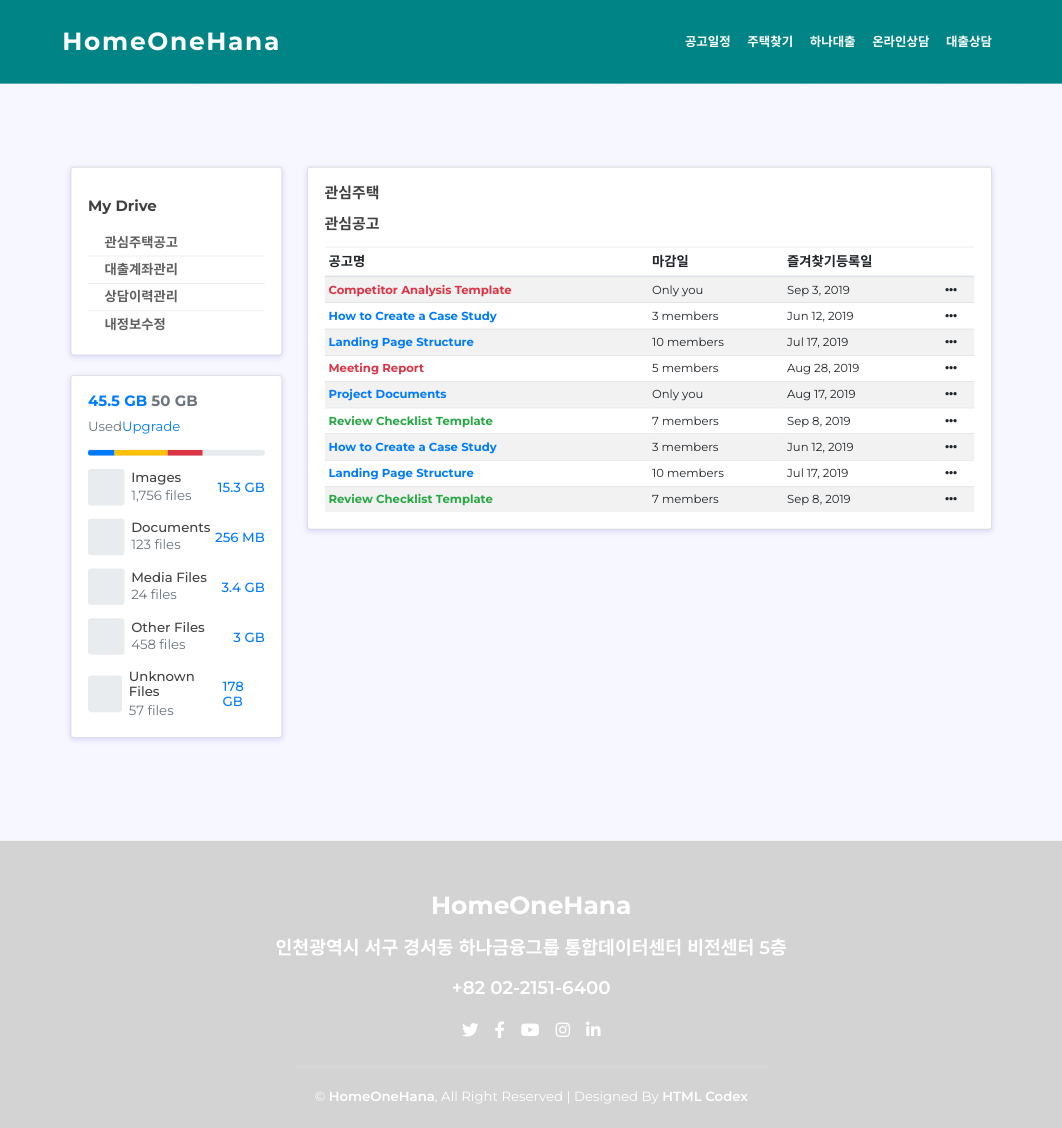
Repository: koposoftware/2021_10_syyoon
Page: http://localhost/HomeOneHana/WEB-INF/jsp/mypage/mypage.jsp
The author's editor kept a copy of each file at every save. The page is drawn from the files as they stood at one save, then again after the next save.
The browser window is 1280 px wide. The pictures show the whole page, at 83% of full size.
Some icons come from a web library that is not loaded, so they are not drawn. Some web libraries are served in a nearby version. The page is served by Tomcat 9. Nobody is signed in. Other server files are loaded and not shown. The template is opened directly, without the code that normally fills it, so the values that code supplies are empty.

Above is the page before, as saved 2021-09-20 08:29:07.

### project/Spring-mvc/HomeOneHana/src/main/webapp/WEB-INF/jsp/mypage/mypage.jsp
<%@ page language="java" contentType="text/html; charset=UTF-8"
    pageEncoding="UTF-8"%>
<%@ taglib prefix="c" uri="http://java.sun.com/jsp/jstl/core" %>
<!DOCTYPE html>
<html>
<head>
<meta charset="UTF-8">
<title>HomeOneHana::마이페이지</title>
<link href="${ pageContext.request.contextPath }/resources/css/top/menubg.css" rel="stylesheet">
<link href="${ pageContext.request.contextPath }/resources/css/mypage/mypage.css" rel="stylesheet">


</head>
<body>
	<header>
		<div class="limiter">
			<div class="container-login100">
				<div class="wrap-login100">
					<jsp:include page="../include/topMenu.jsp" />
				</div>
			</div>
		</div>

	</header>
	<section>
		<div class="body">
		<div class="container">
			<div class="row">
			    <div class="col-12 col-lg-3">
					<div class="card">
						<div class="card-body">

							<h5 class="my-3">My Drive</h5>
							<div class="fm-menu">
								<div class="list-group list-group-flush">
									<a href="javascript:;" class="list-group-item py-1"><i class="bx bx-folder me-2"></i><span>관심주택공고</span></a>
									<a href="javascript:;" class="list-group-item py-1"><i class="bx bx-devices me-2"></i><span>대출계좌관리</span></a>
									<a href="javascript:;" class="list-group-item py-1"><i class="bx bx-analyse me-2"></i><span>상담이력관리</span></a>
									<a href="javascript:;" class="list-group-item py-1"><i class="bx bx-plug me-2"></i><span>내정보수정</span></a>

								</div>
							</div>
						</div>
					</div>
					<div class="card">
						<div class="card-body">
							<h5 class="mb-0 text-primary font-weight-bold">45.5 GB <span class="float-end text-secondary">50 GB</span></h5>
							<p class="mb-0 mt-2"><span class="text-secondary">Used</span><span class="float-end text-primary">Upgrade</span>
							</p>
							<div class="progress mt-3" style="height:7px;">
								<div class="progress-bar" role="progressbar" style="width: 15%" aria-valuenow="15" aria-valuemin="0" aria-valuemax="100"></div>
								<div class="progress-bar bg-warning" role="progressbar" style="width: 30%" aria-valuenow="30" aria-valuemin="0" aria-valuemax="100"></div>
								<div class="progress-bar bg-danger" role="progressbar" style="width: 20%" aria-valuenow="20" aria-valuemin="0" aria-valuemax="100"></div>
							</div>
							<div class="mt-3"></div>
							<div class="d-flex align-items-center">
								<div class="fm-file-box bg-light-primary text-primary"><i class="bx bx-image"></i>
								</div>
								<div class="flex-grow-1 ms-2">
									<h6 class="mb-0">Images</h6>
									<p class="mb-0 text-secondary">1,756 files</p>
								</div>
								<h6 class="text-primary mb-0">15.3 GB</h6>
							</div>
							<div class="d-flex align-items-center mt-3">
								<div class="fm-file-box bg-light-success text-success"><i class="bx bxs-file-doc"></i>
								</div>
								<div class="flex-grow-1 ms-2">
									<h6 class="mb-0">Documents</h6>
									<p class="mb-0 text-secondary">123 files</p>
								</div>
								<h6 class="text-primary mb-0">256 MB</h6>
							</div>
							<div class="d-flex align-items-center mt-3">
								<div class="fm-file-box bg-light-danger text-danger"><i class="bx bx-video"></i>
								</div>
								<div class="flex-grow-1 ms-2">
									<h6 class="mb-0">Media Files</h6>
									<p class="mb-0 text-secondary">24 files</p>
								</div>
								<h6 class="text-primary mb-0">3.4 GB</h6>
							</div>
							<div class="d-flex align-items-center mt-3">
								<div class="fm-file-box bg-light-warning text-warning"><i class="bx bx-image"></i>
								</div>
								<div class="flex-grow-1 ms-2">
									<h6 class="mb-0">Other Files</h6>
									<p class="mb-0 text-secondary">458 files</p>
								</div>
								<h6 class="text-primary mb-0">3 GB</h6>
							</div>
							<div class="d-flex align-items-center mt-3">
								<div class="fm-file-box bg-light-info text-info"><i class="bx bx-image"></i>
								</div>
								<div class="flex-grow-1 ms-2">
									<h6 class="mb-0">Unknown Files</h6>
									<p class="mb-0 text-secondary">57 files</p>
								</div>
								<h6 class="text-primary mb-0">178 GB</h6>
							</div>
						</div>
					</div>
				</div>
				<div class="col-12 col-lg-9">
					<div class="card">
						<div class="card-body">

							<h5>관심주택</h5>
							<div class="row mt-3">
									<c:if test="${not empty favoriteHome }">
									<c:forEach items="${ favoriteHome }" var="home" varStatus="loop">
										<div class="col-12 col-lg-4">
											<div class="card shadow-none border radius-15">
											<div class="card-body">
												<div class="d-flex align-items-center">
													<div class="fm-icon-box radius-15 bg-primary text-white"><i class="lni lni-google-drive"></i>
													</div>
													<div class="ms-auto font-24"><a href="${pageContext.request.contextPath }/search/Detail/${ Home.rnadres }"><i class="fa fa-ellipsis-h"></i></a>
													</div>
												</div>
												<h5 class="mt-3 mb-0">${home.rnadres}</h5>
												<p class="mb-1 mt-4"><span>${home.enrolldt}</span><span>${home.insttnm}</span><span class="float-end">${home.suplytynm}</span>
												</p>
											</div>
										</div>
									</div>

									</c:forEach>
									</c:if>
							</div>

							<!--end row-->
							<div class="d-flex align-items-center">
								<div>
									<h5 class="mb-0">관심공고</h5>
								</div>

							</div>
							<div class="table-responsive mt-3">
								<table class="table table-striped table-hover table-sm mb-0">
									<thead>
										<tr>
											<th>공고명 <i class="bx bx-up-arrow-alt ms-2"></i>
											</th>
											<th>마감일</th>
											<th>즐겨찾기등록일</th>
											<th></th>
										</tr>
									</thead>
									<tbody>
									<c:if test="${not empty favoriteNotice }">
										<c:forEach items="${favoriteNotice }" var="noti" varStatus="loop">
										<tr>
											<td>
												<div class="d-flex align-items-center">
													<div><i class="bx bxs-file-pdf me-2 font-24 text-danger"></i>
													</div>
													<div class="font-weight-bold">${noti.noticetitle }</div>
												</div>
											</td>
											<td>${noti.noticeend }</td>
											<td>${noti.enrolldt }</td>
											<td><i class="fa fa-ellipsis-h font-24"></i>
											</td>
										</tr>
										<tr>
											<td>
												<div class="d-flex align-items-center">
													<div><i class="bx bxs-file me-2 font-24 text-primary"></i>
													</div>
													<div class="font-weight-bold text-primary">How to Create a Case Study</div>
												</div>
											</td>
											<td>3 members</td>
											<td>Jun 12, 2019</td>
											<td><i class="fa fa-ellipsis-h font-24"></i>
											</td>
										</tr>
										</c:forEach>

									</c:if>
										<tr>
											<td>
												<div class="d-flex align-items-center">
													<div><i class="bx bxs-file-pdf me-2 font-24 text-danger"></i>
													</div>
													<div class="font-weight-bold text-danger">Competitor Analysis Template</div>
												</div>
											</td>
											<td>Only you</td>
											<td>Sep 3, 2019</td>
											<td><i class="fa fa-ellipsis-h font-24"></i>
											</td>
										</tr>
										<tr>
											<td>
												<div class="d-flex align-items-center">
													<div><i class="bx bxs-file me-2 font-24 text-primary"></i>
													</div>
													<div class="font-weight-bold text-primary">How to Create a Case Study</div>
												</div>
											</td>
											<td>3 members</td>
											<td>Jun 12, 2019</td>
											<td><i class="fa fa-ellipsis-h font-24"></i>
											</td>
										</tr>
										<tr>
											<td>
												<div class="d-flex align-items-center">
													<div><i class="bx bxs-file me-2 font-24 text-primary"></i>
													</div>
													<div class="font-weight-bold text-primary">Landing Page Structure</div>
												</div>
											</td>
											<td>10 members</td>
											<td>Jul 17, 2019</td>
											<td><i class="fa fa-ellipsis-h font-24"></i>
											</td>
										</tr>
										<tr>
											<td>
												<div class="d-flex align-items-center">
													<div><i class="bx bxs-file-pdf me-2 font-24 text-danger"></i>
													</div>
													<div class="font-weight-bold text-danger">Meeting Report</div>
												</div>
											</td>
											<td>5 members</td>
											<td>Aug 28, 2019</td>
											<td><i class="fa fa-ellipsis-h font-24"></i>
											</td>
										</tr>
										<tr>
											<td>
												<div class="d-flex align-items-center">
													<div><i class="bx bxs-file me-2 font-24 text-primary"></i>
													</div>
													<div class="font-weight-bold text-primary">Project Documents</div>
												</div>
											</td>
											<td>Only you</td>
											<td>Aug 17, 2019</td>
											<td><i class="fa fa-ellipsis-h font-24"></i>
											</td>
										</tr>
										<tr>
											<td>
												<div class="d-flex align-items-center">
													<div><i class="bx bxs-file-doc me-2 font-24 text-success"></i>
													</div>
													<div class="font-weight-bold text-success">Review Checklist Template</div>
												</div>
											</td>
											<td>7 members</td>
											<td>Sep 8, 2019</td>
											<td><i class="fa fa-ellipsis-h font-24"></i>
											</td>
										</tr>
										<tr>
											<td>
												<div class="d-flex align-items-center">
													<div><i class="bx bxs-file me-2 font-24 text-primary"></i>
													</div>
													<div class="font-weight-bold text-primary">How to Create a Case Study</div>
												</div>
											</td>
											<td>3 members</td>
											<td>Jun 12, 2019</td>
											<td><i class="fa fa-ellipsis-h font-24"></i>
											</td>
										</tr>
										<tr>
											<td>
												<div class="d-flex align-items-center">
													<div><i class="bx bxs-file me-2 font-24 text-primary"></i>
													</div>
													<div class="font-weight-bold text-primary">Landing Page Structure</div>
												</div>
											</td>
											<td>10 members</td>
											<td>Jul 17, 2019</td>
											<td><i class="fa fa-ellipsis-h font-24"></i>
											</td>
										</tr>
										<tr>
											<td>
												<div class="d-flex align-items-center">
													<div><i class="bx bxs-file-doc me-2 font-24 text-success"></i>
													</div>
													<div class="font-weight-bold text-success">Review Checklist Template</div>
												</div>
											</td>
											<td>7 members</td>
											<td>Sep 8, 2019</td>
											<td><i class="fa fa-ellipsis-h font-24"></i>
											</td>
										</tr>
									</tbody>
								</table>
							</div>
						</div>
					</div>
				</div>
			</div>
			</div>
			</div>
	</section>
	<footer>
		<jsp:include page="../include/bottomMenu.jsp" />
	</footer>
</body>
</html>

### project/Spring-mvc/HomeOneHana/src/main/webapp/WEB-INF/jsp/include/bottomMenu.jsp
<%@ page language="java" contentType="text/html; charset=UTF-8"
    pageEncoding="UTF-8"%>
		<!-- Footer Start -->
        <div class="footer wow fadeIn" data-wow-delay="0.3s">
            <div class="container-fluid">
                <div class="container">
                    <div class="footer-info">
                        <h2>HomeOneHana</h2>
                        <h3>인천광역시 서구 경서동 하나금융그룹 통합데이터센터 비전센터 5층</h3>
                        <div class="footer-menu">
                            <p>+82 02-2151-6400</p>
                        </div>
                        <div class="footer-social">
                            <a href=""><i class="fab fa-twitter"></i></a>
                            <a href=""><i class="fab fa-facebook-f"></i></a>
                            <a href=""><i class="fab fa-youtube"></i></a>
                            <a href=""><i class="fab fa-instagram"></i></a>
                            <a href=""><i class="fab fa-linkedin-in"></i></a>
                        </div>
                    </div>
                </div>
                <div class="container copyright">
                    <p>&copy; <a href="#">HomeOneHana</a>, All Right Reserved | Designed By <a href="https://htmlcodex.com">HTML Codex</a></p>
                </div>
            </div>
        </div>
        <!-- Footer End -->


        <!-- Back to top button -->
        <a href="#" class="btn back-to-top"><i class="fa fa-chevron-up"></i></a>


        <!-- Pre Loader -->
        <div id="loader" class="show">
            <div class="loader"></div>
        </div>


		<!-- JavaScript Libraries -->
        <script src="https://code.jquery.com/jquery-3.4.1.min.js"></script>
        <script src="https://stackpath.bootstrapcdn.com/bootstrap/4.4.1/js/bootstrap.bundle.min.js"></script>
        <script src="${ pageContext.request.contextPath }/resources/lib/easing/easing.min.js"></script>
        <script src="${ pageContext.request.contextPath }/resources/lib/wow/wow.min.js"></script>
        <script src="${ pageContext.request.contextPath }/resources/lib/waypoints/waypoints.min.js"></script>
        <script src="${ pageContext.request.contextPath }/resources/lib/typed/typed.min.js"></script>
        <script src="${ pageContext.request.contextPath }/resources/lib/owlcarousel/owl.carousel.min.js"></script>
        <script src="${ pageContext.request.contextPath }/resources/lib/isotope/isotope.pkgd.min.js"></script>
        <script src="${ pageContext.request.contextPath }/resources/lib/lightbox/js/lightbox.min.js"></script>

        <!-- Contact Javascript File -->
        <script src="${ pageContext.request.contextPath }/resources/mail/jqBootstrapValidation.min.js"></script>
        <script src="${ pageContext.request.contextPath }/resources/mail/contact.js"></script>

        <!-- Template Javascript -->
        <script src="${ pageContext.request.contextPath }/resources/js/main.js"></script>

### project/Spring-mvc/HomeOneHana/src/main/webapp/resources/css/top/menubg.css
@charset "UTF-8";


header{
	height:101px;
	background-color:#008485;
}
@media(max-width:992px){
	header{
		height:70px;
	}
}

### project/Spring-mvc/HomeOneHana/src/main/webapp/resources/css/mypage/mypage.css
@charset "UTF-8";



.body{
padding-top:100px;
padding-bottom:100px;
background-color: #f7f7ff;
}
.card {
    position: relative;
    display: flex;
    flex-direction: column;
    min-width: 0;
    word-wrap: break-word;
    background-color: #fff;
    background-clip: border-box;
    border: 0px solid rgba(0, 0, 0, 0);
    border-radius: .25rem;
    margin-bottom: 1.5rem;
    box-shadow: 0 2px 6px 0 rgb(218 218 253 / 65%), 0 2px 6px 0 rgb(206 206 238 / 54%);
}

.card-body h5{
	font-size:18px;
	font-weight:700;
}

.subti{
	font-size:14px;
}

.fm-file-box {
    font-size: 25px;
    background: #e9ecef;
    width: 44px;
    height: 44px;
    display: flex;
    align-items: center;
    justify-content: center;
    border-radius: .25rem;
}
.ms-2 {
    margin-left: .5rem!important;
}

.fm-menu .list-group a {
    font-size: 16px;
    color: #5f5f5f;
    display: flex;
    align-items: center;
}
.list-group-flush>.list-group-item {
    border-width: 0 0 1px;
}
.list-group-item+.list-group-item {
    border-top-width: 0;
}
.py-1 {
	font-weight:700;
    padding-top: .25rem!important;
    padding-bottom: .25rem!important;
}
.list-group-item {
    position: relative;
    display: block;
    padding: .5rem 1rem;
    text-decoration: none;
    background-color: #fff;
    border: 1px solid rgba(0, 0, 0, .125);
}

.radius-15 {
    border-radius: 15px;
}
.fm-icon-box {
    font-size: 32px;
    background: #ffffff;
    width: 52px;
    height: 52px;
    display: flex;
    align-items: center;
    justify-content: center;
    border-radius: .25rem;
}
.font-24 {
    font-size: 24px;
}
.ms-auto {
    margin-left: auto!important;
}
.font-30 {
    font-size: 30px;
}
.user-groups img {
    margin-left: -14px;
    border: 1px solid #e4e4e4;
    padding: 2px;
    cursor: pointer;
}

.rounded-circle {
    border-radius: 50%!important;
}

/*
		현재진행중인 대출
*/

.loanbox{
	margin-top:5px;
	margin-bottom:5px;
}
.loan-finishBox{
	background-color:#000;
}
.loan-acceptBox{
	background-color:#008485;
}

.loan-rejectBox{
	background-color:#e90061;
}

.loan-reviewBox{
	background-color:#b5b5b5;
}

.loanname{
	font-weight:700;
}

.loandate{
	font-size:12px;
}

.loanstatus{
	text-align:center;
	font-weight:700;
	color:#fff;
	font-size:10px;
	margin-bottom:0px;
}

th{
	text-align:center;
}
td{
	font-size:14px;
}

Loaded but not shown: project/Spring-mvc/HomeOneHana/src/main/webapp/resources/lib/animate/animate.min.css (library); project/Spring-mvc/HomeOneHana/src/main/webapp/resources/lib/owlcarousel/assets/owl.carousel.min.css (common file); project/Spring-mvc/HomeOneHana/src/main/webapp/resources/lib/lightbox/css/lightbox.min.css (common file); project/Spring-mvc/HomeOneHana/src/main/webapp/resources/lib/easing/easing.min.js (common file); project/Spring-mvc/HomeOneHana/src/main/webapp/resources/lib/wow/wow.min.js (library); project/Spring-mvc/HomeOneHana/src/main/webapp/resources/lib/waypoints/waypoints.min.js (library); project/Spring-mvc/HomeOneHana/src/main/webapp/resources/lib/typed/typed.min.js (library); project/Spring-mvc/HomeOneHana/src/main/webapp/resources/lib/owlcarousel/owl.carousel.min.js (library); project/Spring-mvc/HomeOneHana/src/main/webapp/resources/lib/isotope/isotope.pkgd.min.js (library); project/Spring-mvc/HomeOneHana/src/main/webapp/resources/lib/lightbox/js/lightbox.min.js (library); project/Spring-mvc/HomeOneHana/src/main/webapp/resources/mail/jqBootstrapValidation.min.js (library); project/Spring-mvc/HomeOneHana/src/main/webapp/resources/js/main.js (108 lines, source omitted); project/Spring-mvc/HomeOneHana/src/main/webapp/resources/mail/contact.js (65 lines, source omitted); project/Spring-mvc/HomeOneHana/src/main/webapp/resources/css/style.css (1648 lines, source omitted); project/Spring-mvc/HomeOneHana/src/main/webapp/WEB-INF/jsp/include/topMenu.jsp (60 lines, source omitted)

After the next save:
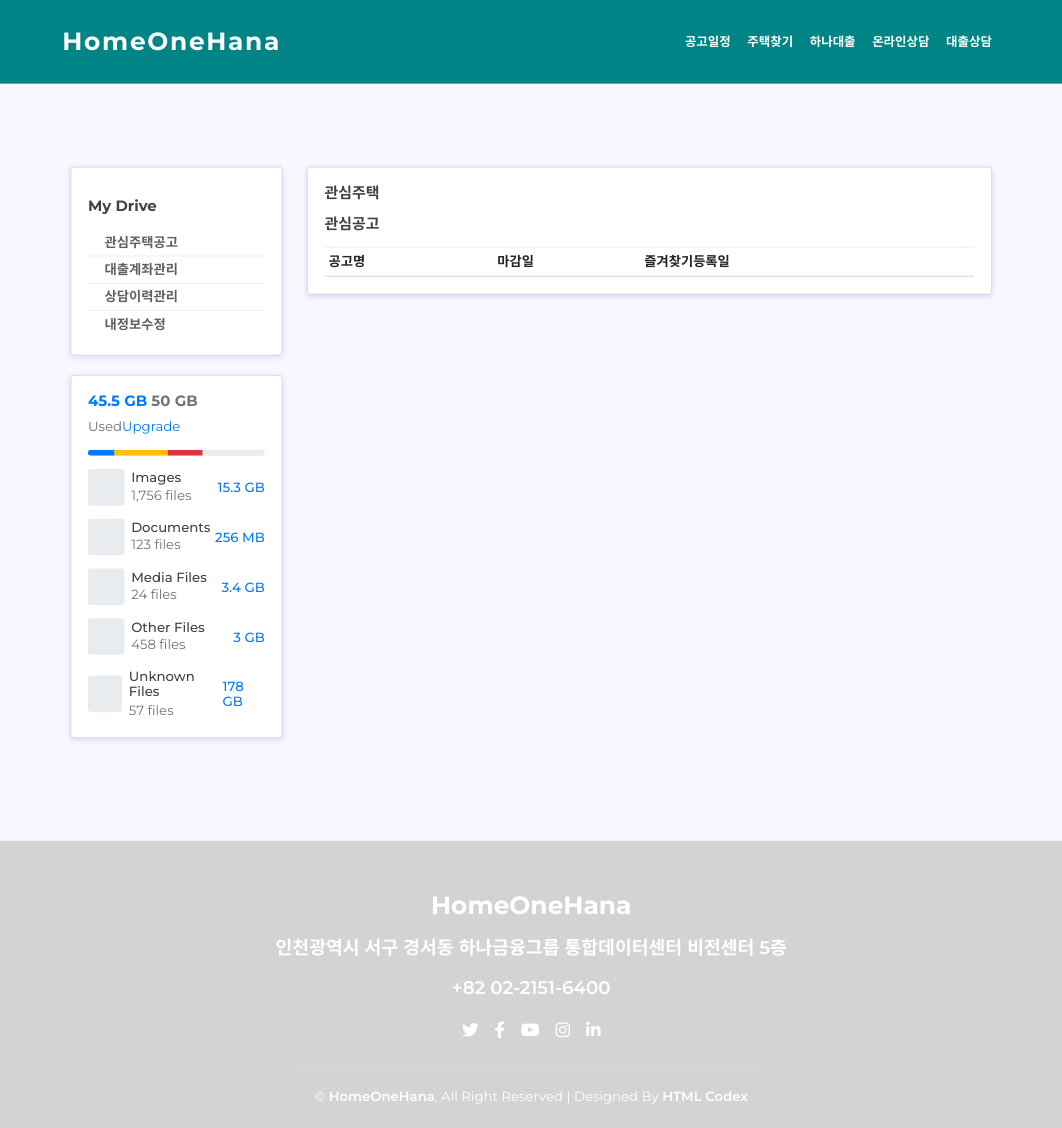
Saved 31 s later.
--- a/project/Spring-mvc/HomeOneHana/src/main/webapp/WEB-INF/jsp/mypage/mypage.jsp
+++ b/project/Spring-mvc/HomeOneHana/src/main/webapp/WEB-INF/jsp/mypage/mypage.jsp
@@ -163,139 +163,9 @@
 											<td><i class="fa fa-ellipsis-h font-24"></i>
 											</td>
 										</tr>
-										<tr>
-											<td>
-												<div class="d-flex align-items-center">
-													<div><i class="bx bxs-file me-2 font-24 text-primary"></i>
-													</div>
-													<div class="font-weight-bold text-primary">How to Create a Case Study</div>
-												</div>
-											</td>
-											<td>3 members</td>
-											<td>Jun 12, 2019</td>
-											<td><i class="fa fa-ellipsis-h font-24"></i>
-											</td>
-										</tr>
 										</c:forEach>
 
 									</c:if>
-										<tr>
-											<td>
-												<div class="d-flex align-items-center">
-													<div><i class="bx bxs-file-pdf me-2 font-24 text-danger"></i>
-													</div>
-													<div class="font-weight-bold text-danger">Competitor Analysis Template</div>
-												</div>
-											</td>
-											<td>Only you</td>
-											<td>Sep 3, 2019</td>
-											<td><i class="fa fa-ellipsis-h font-24"></i>
-											</td>
-										</tr>
-										<tr>
-											<td>
-												<div class="d-flex align-items-center">
-													<div><i class="bx bxs-file me-2 font-24 text-primary"></i>
-													</div>
-													<div class="font-weight-bold text-primary">How to Create a Case Study</div>
-												</div>
-											</td>
-											<td>3 members</td>
-											<td>Jun 12, 2019</td>
-											<td><i class="fa fa-ellipsis-h font-24"></i>
-											</td>
-										</tr>
-										<tr>
-											<td>
-												<div class="d-flex align-items-center">
-													<div><i class="bx bxs-file me-2 font-24 text-primary"></i>
-													</div>
-													<div class="font-weight-bold text-primary">Landing Page Structure</div>
-												</div>
-											</td>
-											<td>10 members</td>
-											<td>Jul 17, 2019</td>
-											<td><i class="fa fa-ellipsis-h font-24"></i>
-											</td>
-										</tr>
-										<tr>
-											<td>
-												<div class="d-flex align-items-center">
-													<div><i class="bx bxs-file-pdf me-2 font-24 text-danger"></i>
-													</div>
-													<div class="font-weight-bold text-danger">Meeting Report</div>
-												</div>
-											</td>
-											<td>5 members</td>
-											<td>Aug 28, 2019</td>
-											<td><i class="fa fa-ellipsis-h font-24"></i>
-											</td>
-										</tr>
-										<tr>
-											<td>
-												<div class="d-flex align-items-center">
-													<div><i class="bx bxs-file me-2 font-24 text-primary"></i>
-													</div>
-													<div class="font-weight-bold text-primary">Project Documents</div>
-												</div>
-											</td>
-											<td>Only you</td>
-											<td>Aug 17, 2019</td>
-											<td><i class="fa fa-ellipsis-h font-24"></i>
-											</td>
-										</tr>
-										<tr>
-											<td>
-												<div class="d-flex align-items-center">
-													<div><i class="bx bxs-file-doc me-2 font-24 text-success"></i>
-													</div>
-													<div class="font-weight-bold text-success">Review Checklist Template</div>
-												</div>
-											</td>
-											<td>7 members</td>
-											<td>Sep 8, 2019</td>
-											<td><i class="fa fa-ellipsis-h font-24"></i>
-											</td>
-										</tr>
-										<tr>
-											<td>
-												<div class="d-flex align-items-center">
-													<div><i class="bx bxs-file me-2 font-24 text-primary"></i>
-													</div>
-													<div class="font-weight-bold text-primary">How to Create a Case Study</div>
-												</div>
-											</td>
-											<td>3 members</td>
-											<td>Jun 12, 2019</td>
-											<td><i class="fa fa-ellipsis-h font-24"></i>
-											</td>
-										</tr>
-										<tr>
-											<td>
-												<div class="d-flex align-items-center">
-													<div><i class="bx bxs-file me-2 font-24 text-primary"></i>
-													</div>
-													<div class="font-weight-bold text-primary">Landing Page Structure</div>
-												</div>
-											</td>
-											<td>10 members</td>
-											<td>Jul 17, 2019</td>
-											<td><i class="fa fa-ellipsis-h font-24"></i>
-											</td>
-										</tr>
-										<tr>
-											<td>
-												<div class="d-flex align-items-center">
-													<div><i class="bx bxs-file-doc me-2 font-24 text-success"></i>
-													</div>
-													<div class="font-weight-bold text-success">Review Checklist Template</div>
-												</div>
-											</td>
-											<td>7 members</td>
-											<td>Sep 8, 2019</td>
-											<td><i class="fa fa-ellipsis-h font-24"></i>
-											</td>
-										</tr>
 									</tbody>
 								</table>
 							</div>
